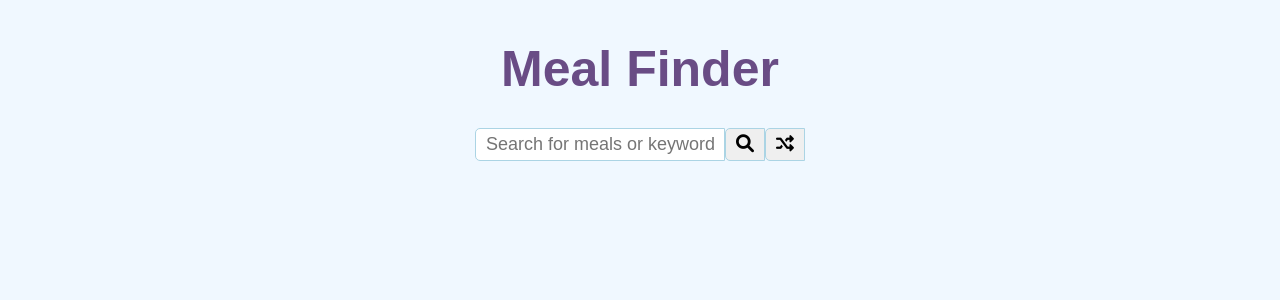
Repository: AbrorjonKuchkarov/search-meal
Page: index.html
These files come from the project's save history. The page is drawn as it stood at one moment and after a run of saves; the edit follows.
The browser window is 1280 px wide. The pictures show the whole page.

Above is the page before, as saved 2022-02-24 23:22:10.

### index.html
<!DOCTYPE html>
<html lang="en">
<head>
   <meta charset="UTF-8">
   <meta http-equiv="X-UA-Compatible" content="IE=edge">
   <meta name="viewport" content="width=device-width, initial-scale=1.0">
   <link rel="stylesheet" href="style.css">
   <link rel="stylesheet" href="https://cdnjs.cloudflare.com/ajax/libs/font-awesome/6.0.0/css/all.min.css">
   <title>Meal Finder</title>
</head>
<body>
   <div class="container">
      <h1>Meal Finder</h1>
      <div class="flex">
         <form id="submit" class="flex" >
            <input type="text" class="search" placeholder="Search for meals or keywords">
            <button id="searchBtn" type="submit" >
               <i class="fas fa-search"></i>
            </button>
         </form>
         <button class="randomBtn" id="random">
            <i class="fas fa-random"></i>
         </button>
      </div>

      <div id="result-handling"></div>
      <div id="meals" class="meals"></div>
      <div id="single-meal"></div>
   </div>


<script src="app.js"></script>
</body>
</html>

### style.css
*{
   box-sizing: border-box;
   margin: 0;
}

body{
   font-family: Arial, Helvetica, sans-serif;
   background-color: aliceblue;
   padding: 10px;
   color: rgb(105, 76, 133);
}

.container{
   margin: auto;
   max-width: 800px;
   display: flex;
   flex-direction: column;
   align-items: center;
   justify-content: center;
   text-align: center;
}

.flex{
   display: flex;
}

h1{
   margin: 30px 0 30px 0;
   font-size: 50px;
}

input, button{
   margin: 0;
   border: 1px solid rgb(171, 212, 228);
   border-top-left-radius: 5px;
   border-bottom-left-radius: 5px;
   padding: 5px 10px;
   font-size: 18px;
}

input[type='text'] {
   width: 250px;
}

Loaded but not shown: app.js (no copy from this time; the picture is the same without it)

After the next 2 saves:
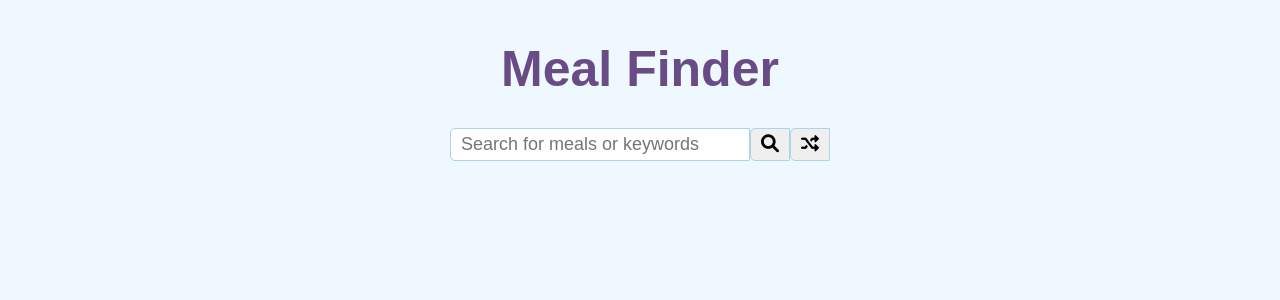
The 2 saves are shown as one change because they came seconds apart.
The last was saved 14 s later.
--- a/style.css
+++ b/style.css
@@ -39,5 +39,5 @@ input, button{
 }
 
 input[type='text'] {
-   width: 250px;
+   width: 300px;
 }
